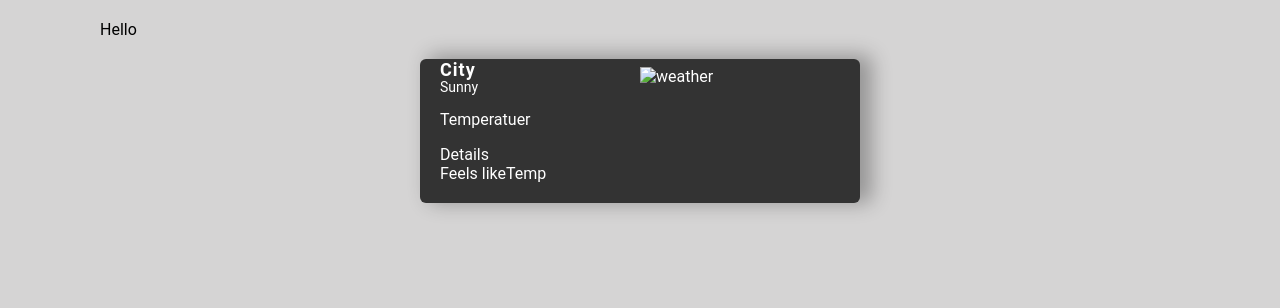
Repository: sedat-akdogan/React_Weather
Page: / (app in london_weather/)
An editor plug-in stored every save of this project. The page is shown before and after the next save, followed by the edit.
The browser window is 1280 px wide. The pictures show the whole page.
The project was rebuilt for these pictures with package versions that can differ from the ones it lists, and the page was loaded fresh each time.

Above is the page before, as saved 2023-07-09 17:51:41.

### london_weather/src/index.css
body {
    margin: 0;
    font-family: 'Roboto', Arial !important;
    -webkit-font-smoothing: antialiased;
    -moz-osx-font-smoothing: grayscale;
    background-color: #d5d4d4;
}

code {
    font-family: source-code-pro, Menlo, Monaco, Consolas, 'Courier New',
        monospace;
}

### london_weather/src/App.js
import Search from './components/search/Search';
import './App.css';
import CurrentWeather from './components/current-weather/current-weather';

function App() {

    const handleOnSearchChange = (searchData) => {
        console.log(searchData);
    }

    return (
        <div className="container">
            <Search onSearchChange={handleOnSearchChange} />
            <CurrentWeather />
        </div>
    );
}

export default App;

### london_weather/src/components/search/Search.js
import React from "react";


const Search = () => {
    return ("Hello");
}

export default Search;

### london_weather/src/App.css
.container {
    max-width: 1080px;
    margin: 20px auto;
}

### london_weather/src/components/current-weather/current-weather.js
import "./current-weather.css";


const CurrentWeather = () => {
    return (
        <div className="weather">
            <div className="top">
                <div>
                    <p className="city">City</p>
                    <p className="weather-description">Sunny</p>
                </div>
                <img src="" alt="weather" className="weather-icon" />
            </div>
            <div className="bottom">
                <p className="temperature">Temperatuer</p>
                <div className="details">
                    <div className="parameter-row">
                        <span className="parameter-label">Details</span>
                    </div>
                    <div className="parameter-row">
                        <span className="parameter-label">Feels like</span>
                        <span className="parameter-value">Temp</span>
                    </div>

                </div>
            </div>
        </div>
    );
};

export default CurrentWeather;

### london_weather/src/components/current-weather/current-weather.css
.weather {
    width: 400px;
    border-radius: 6px;
    box-shadow: 10px -2px 20px 2px rgb(0 0 0 / 30%);
    color: #fff;
    background-color: #333;
    margin: 20px auto 0 auto;
    padding: 0 20px 20px 20px;
}

.top {
    display: flex;
    justify-content: space-between;
    align-items: center;
}

.city {
    font-weight: 600;
    font-size: 18px;
    margin: 0;
    letter-spacing: 1px;
}

.weather-description {
    font-weight: 400;
    font-size: 14px;
    line-height: 1;
    margin: 0;
}

.weather-icon {
    width: 200px;
}

Loaded but not shown: london_weather/public/index.html (common file); london_weather/src/index.js (common file); london_weather/src/reportWebVitals.js (common file)

After the next save:
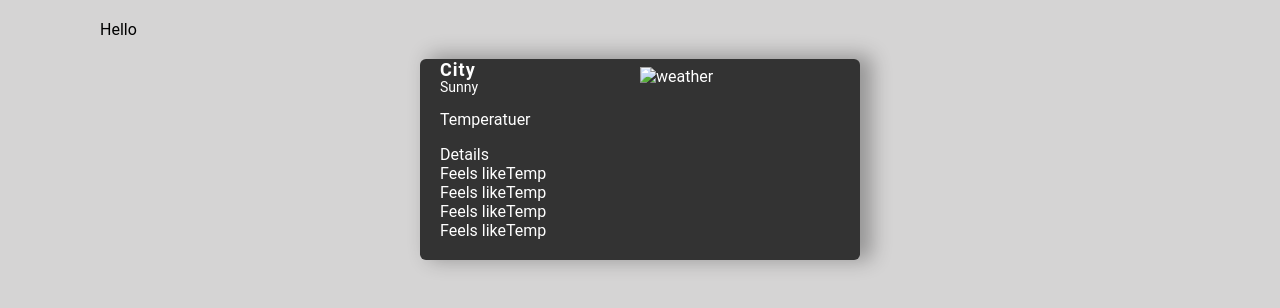
Saved 4 s later.
--- a/london_weather/src/components/current-weather/current-weather.js
+++ b/london_weather/src/components/current-weather/current-weather.js
@@ -21,7 +21,18 @@ const CurrentWeather = () => {
                         <span className="parameter-label">Feels like</span>
                         <span className="parameter-value">Temp</span>
                     </div>
-
+                    <div className="parameter-row">
+                        <span className="parameter-label">Feels like</span>
+                        <span className="parameter-value">Temp</span>
+                    </div>
+                    <div className="parameter-row">
+                        <span className="parameter-label">Feels like</span>
+                        <span className="parameter-value">Temp</span>
+                    </div>
+                    <div className="parameter-row">
+                        <span className="parameter-label">Feels like</span>
+                        <span className="parameter-value">Temp</span>
+                    </div>
                 </div>
             </div>
         </div>
